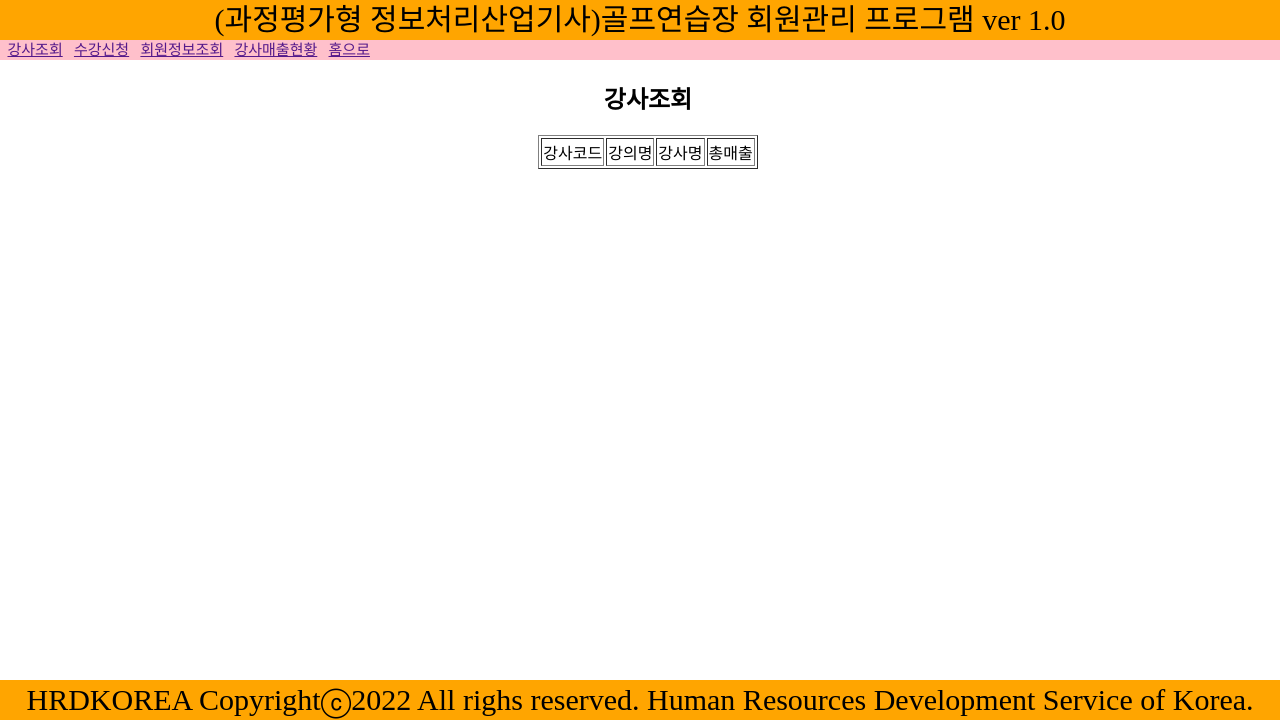
Repository: YeoJeongmo/hrdKorea
Page: http://localhost/HRD_1/teacher_salary.jsp
An editor plug-in stored every save of this project. The page is shown before and after the next save, followed by the edit.
The browser window is 1280 px wide. The pictures show the whole page.
The page is served by Tomcat 9. Queries for data that is not in the repository find no rows.

Above is the page before, as saved 2024-09-04 12:08:52.

### cbq_05/workspace/HRD_1/src/main/webapp/teacher_salary.jsp
<%@page import="DBPKG.Util"%>
<%@page import="java.sql.*"%>
<%@ page language="java" contentType="text/html; charset=UTF-8"
    pageEncoding="UTF-8"%>
<!DOCTYPE html>
<html>
<head>
<meta charset="UTF-8">
<title>Insert title here</title>
</head>
<body>
<jsp:include page="header.jsp"></jsp:include>
<section style="position: fixed; top: 60px; width: 100%;">
	<h2 style="text-align: center;">강사조회</h2>
	<form style="display: flex; justify-content: center; text-align: center;">
	<table border="1">
		<tr>
			<td> 강사코드 </td>
			<td> 강의명 </td>
			<td> 강사명 </td>
			<td> 총매출 </td>
		</tr>
<%
request.setCharacterEncoding("UTF-8");

try{
	Connection conn = Util.getConnection();
	String sql = "select tt.teacher_code, tt.class_name, tt.teacher_name, sum(tuition) from tbl_teacher_202201 tt, tbl_class_202201 tc where tt.teacher_code=tc.teacher_code group by tt.teacher_code, tt.class_name, tt.teacher_name order by tt.teacher_code asc";
	PreparedStatement pstmt = conn.prepareStatement(sql);
	ResultSet rs = pstmt.executeQuery();
	while(rs.next()){
		String st = "￦ " + rs.getString(4).substring(0, 3) + "," + rs.getString(4).substring(3);
%>
		<tr>
			<td> <%=rs.getString(1) %> </td>
			<td> <%=rs.getString(2) %> </td>
			<td style="text-align: right;"> <%=rs.getString(3) %> </td>
			<td style="text-align: right;"> <%=st %> </td>
		</tr>
<%
	}
} catch (Exception e){
	e.printStackTrace();
}
%>
	</table>
	</form>
</section>
<jsp:include page="footer.jsp"></jsp:include>
</body>
</html>

### cbq_05/workspace/HRD_1/src/main/webapp/header.jsp
<%@ page language="java" contentType="text/html; charset=UTF-8"
    pageEncoding="UTF-8"%>
<!DOCTYPE html>
<html>
<head>
<meta charset="UTF-8">
<title>Insert title here</title>
</head>
<body>
<header style="position: fixed; top: 0; left: 0; line-height: 40px; width: 100%; height: 40px; font-size: 30px; text-align: center; background-color: orange; color: black;">(과정평가형 정보처리산업기사)골프연습장 회원관리 프로그램 ver 1.0</header>
<nav  style="position: fixed; top: 40px; left: 0; line-height: 20px; width: 100%; height: 20px; font-size: 15px; background-color: pink; color: black;">
&nbsp;&nbsp;<a href="">강사조회</a>
&nbsp;&nbsp;<a href="">수강신청</a>
&nbsp;&nbsp;<a href="">회원정보조회</a>
&nbsp;&nbsp;<a href="">강사매출현황</a>
&nbsp;&nbsp;<a href="">홈으로</a>
</nav>
</body>
</html>

### cbq_05/workspace/HRD_1/src/main/webapp/footer.jsp
<%@ page language="java" contentType="text/html; charset=UTF-8"
    pageEncoding="UTF-8"%>
<!DOCTYPE html>
<html>
<head>
<meta charset="UTF-8">
<title>Insert title here</title>
</head>
<body>
<footer style="position: fixed; bottom: 0; left: 0; line-height: 40px; width: 100%; height: 40px; font-size: 30px; text-align: center; background-color: orange; color: black;">HRDKOREA Copyrightⓒ2022 All righs reserved. Human Resources Development Service of Korea.</footer>
</body>
</html>

### cbq_05/workspace/HRD_1/src/main/java/DBPKG/Util.java
package DBPKG;
import java.sql.*;

public class Util {
	 public static Connection getConnection() throws Exception{
	 Class.forName("oracle.jdbc.OracleDriver");
	 Connection con = DriverManager.getConnection
	 ("jdbc:oracle:thin:@//localhost:1521/xe","system","1234");
	 return con;
	 }
}

After the next save:
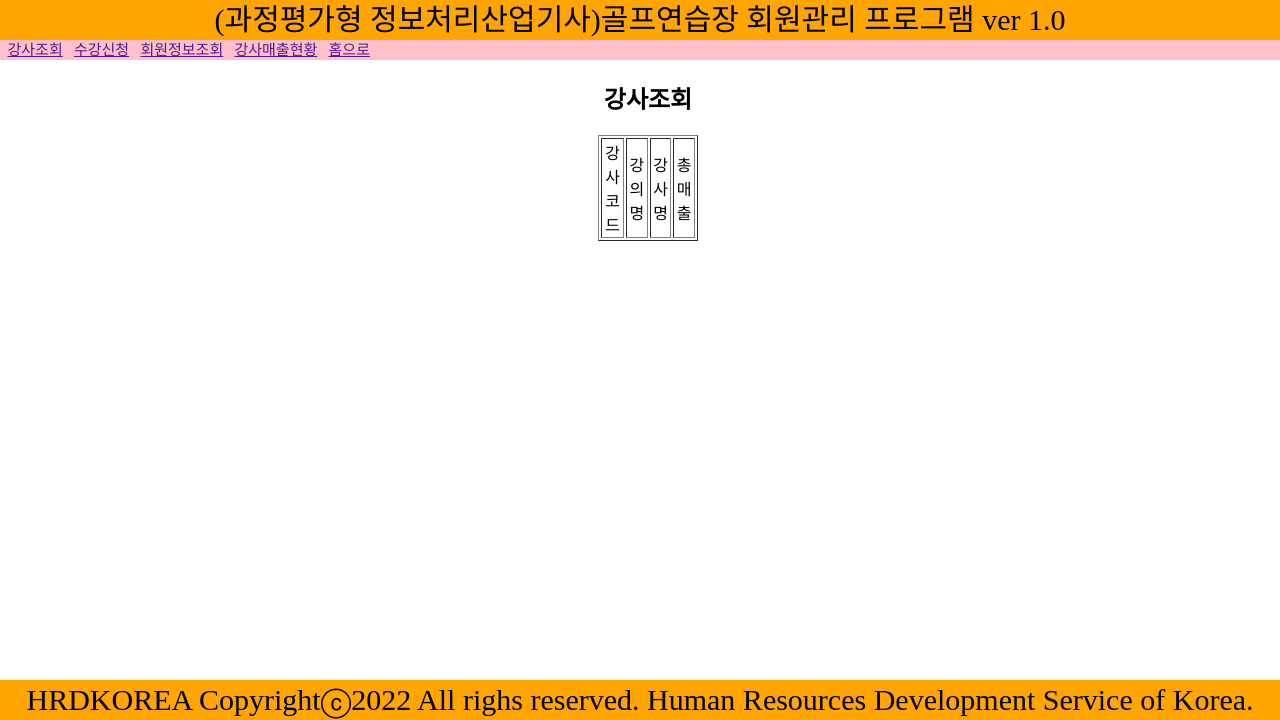
Saved 14 s later.
--- a/cbq_05/workspace/HRD_1/src/main/webapp/teacher_salary.jsp
+++ b/cbq_05/workspace/HRD_1/src/main/webapp/teacher_salary.jsp
@@ -13,7 +13,7 @@
 <section style="position: fixed; top: 60px; width: 100%;">
 	<h2 style="text-align: center;">강사조회</h2>
 	<form style="display: flex; justify-content: center; text-align: center;">
-	<table border="1">
+	<table border="1" style="width: 100px;">
 		<tr>
 			<td> 강사코드 </td>
 			<td> 강의명 </td>
